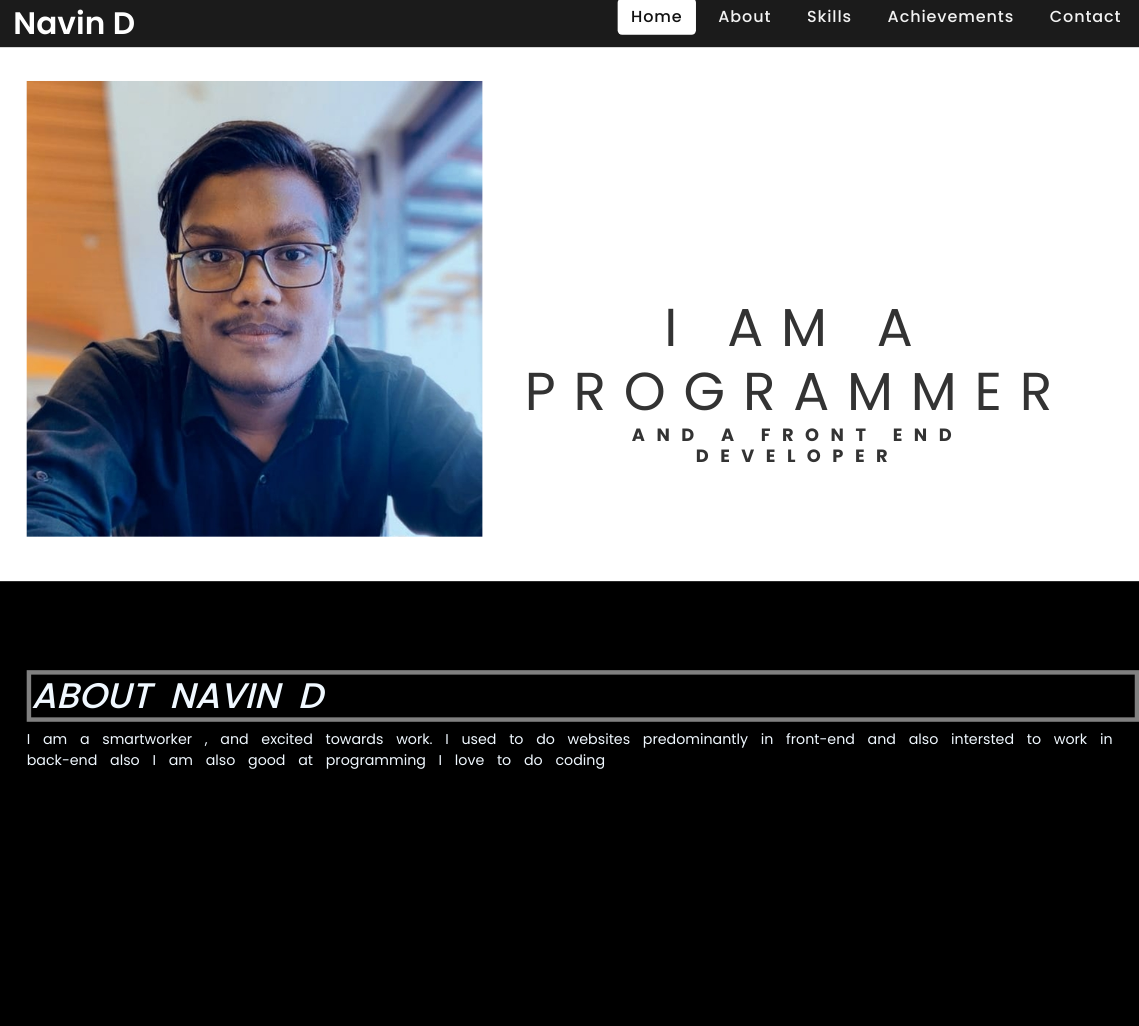
Repository: NavinDayanithi/OIBSIP
Page: Portfolio/index.html
An editor plug-in stored every save of this project. The page is shown before and after the next save, followed by the edit.
The browser window is 1280 px wide. The pictures show the whole page, at 89% of full size.

Above is the page before, as saved 2023-02-20 19:08:48.
Console error: TypeError: Cannot read properties of undefined (reading 'fn')

### Portfolio/index.html
<!DOCTYPE html>
<!-- Created By CodingNepal -->
<html lang="en" dir="ltr">
   <head>

      <meta charset="utf-8">
      <title>Navin's Portfolio</title>
      <script src="https://cdnjs.cloudflare.com/ajax/libs/OwlCarousel2/2.3.4/owl.carousel.min.js"></script>
      <script type="text/javascript" src="script.js"></script>
      <link rel="stylesheet" href="style.css">
      <link rel="stylesheet" href="https://cdnjs.cloudflare.com/ajax/libs/font-awesome/5.15.3/css/all.min.css"/>
      <meta name="viewport" content="width=device-width, initial-scale=1.0">
      <link href="https://cdn.jsdelivr.net/npm/bootstrap@5.3.0-alpha1/dist/css/bootstrap.min.css" rel="stylesheet" integrity="sha384-GLhlTQ8iRABdZLl6O3oVMWSktQOp6b7In1Zl3/Jr59b6EGGoI1aFkw7cmDA6j6gD" crossorigin="anonymous">
   </head>
   <body>
      <nav>
         <div class="logo">
            Navin D
         </div>
         <input type="checkbox" id="click">
         <label for="click" class="menu-btn">
         <i class="fas fa-bars"></i>
         </label>
         <ul>
            <li><a class="active" href="#">Home</a></li>
            <li><a href="#about">About</a></li>
            <li><a href="#skills">Skills</a></li>
            <li><a href="#">Achievements</a></li>
            <li><a href="#">Contact</a></li>
         </ul>
      </nav>
      <div >
        <img src="navinppimg.jpeg"  class="img1" alt="navinimg">
      </div>
      <div class="text-box">
        <h1 class="heading-primary">
         <span class="heading-primary-main">I am a Programmer</span>
          <span class="heading-primary-sub">and a front end developer</span>
         </h1>
   </div>
   <section class="about" id="about">
      <!-- <img class="about-img" src="https://embetronicx.com/wp-content/uploads/2017/08/background.jpg"  class="img1" alt="navinimg"> -->
      <div class="about-text">
         <h1> <i>ABOUT NAVIN D</i></h1>
         <p>  I am a smartworker , and excited towards work.
             I used to do websites predominantly in front-end
             and also intersted to work in back-end also
             I am also good at programming
             I love to do coding<br/>
      </p>
      </div>

    </body>
</section>
       </body>
</html>

### Portfolio/style.css
@import url('https://fonts.googleapis.com/css?family=Poppins:400,500,600,700&display=swap');
*{
  margin: 0;
  padding: 0;
  box-sizing: border-box;
  font-family: 'Poppins', sans-serif;
}
nav{
  display: flex;
  height: 100%;
  width: 100%;
  background: #1b1b1b;
  align-items: center;
  justify-content: space-between;
  /* padding: 0 50px 0 50px; */
  /* flex-wrap: wrap; */
}
nav .logo{
  color: #fff;
  font-size: 35px;
  font-weight: 600;
  margin-left: 15px;
}
nav ul{
  display: flex;
  flex-wrap: wrap;
  list-style: none;
}
nav ul li{
  margin: 0 5px;
}
nav ul li a{
  color: #f2f2f2;
  text-decoration: none;
  font-size: 18px;
  font-weight: 500;
  padding: 8px 15px;
  border-radius: 5px;
  letter-spacing: 1px;
  transition: all 0.3s ease;
}
nav ul li a.active,
nav ul li a:hover{
  color: #111;
  background: #fff;
}
nav .menu-btn i{
  color: #fff;
  font-size: 22px;
  cursor: pointer;
  display: none;
}
input[type="checkbox"]{
  display: none;
}
@media (max-width: 1000px){
  nav{
    padding: 0 40px 0 50px;
  }
}
@media (max-width: 920px) {
  nav .menu-btn i{
    display: block;
  }
  #click:checked ~ .menu-btn i:before{
    content: "\f00d";
  }
  nav ul{
    position: fixed;
    top: 80px;
    left: -100%;
    background: #111;
    height: 100vh;
    width: 100%;
    text-align: center;
    display: block;
    transition: all 0.3s ease;
  }
  #click:checked ~ ul{
    left: 0;
  }
  nav ul li{
    width: 100%;
    margin: 40px 0;
  }
  nav ul li a{
    width: 100%;
    margin-left: -100%;
    display: block;
    font-size: 20px;
    transition: 0.6s cubic-bezier(0.68, -0.55, 0.265, 1.55);
  }
  #click:checked ~ ul li a{
    margin-left: 0px;
  }
  nav ul li a.active,
  nav ul li a:hover{
    background: none;
    color: cyan;
  }
}
.content{
  position: absolute;
  top: 50%;
  left: 50%;
  transform: translate(-50%, -50%);
  text-align: center;
  z-index: -1;
  width: 100%;
  padding: 0 30px;
  color: #1b1b1b;
}
.content div{
  font-size: 40px;
  font-weight: 700;
}

.text-box {
    position: absolute;
    top: 60%;
    left: 70%;
    transform: translate(-50%, -50%);
    text-align:center;
  }

  .heading-primary {
      color:#333;
      text-transform: uppercase;
  }

  .heading-primary-main {
      display: block;
      font-size: 60px;
      font-weight: 400;
      letter-spacing: 20px;
     /*  Animation decalaration   */
      animation-name: moveInleft;
      animation-duration: 3s;
  }

  .heading-primary-sub {
      display: block;
      font-size: 20px;
      font-weight: 700;
      letter-spacing: 12.9px;

      animation-name: moveInRight;
      animation-duration: 3s;
  }

  @keyframes moveInleft {
      0% {
          opacity: 0;
          transform: translateX(-100px);
      }

      80% {
          transform: translateX(10px);
      }
      100% {
          opacity: 1;
          transform: translate(0);
      }
  }

  @keyframes moveInRight {
      0% {
          opacity: 0;
          transform: translateX(100px);
      }

      80% {
          transform: translateX(-10px);
      }

      100% {
          opacity: 1;
          transform: translate(0);
      }

  }
  .img1{
    margin-left: 30px;
     margin-top: 3%;
    display: block;
    height:40%;
    width:40%;


  }
  .a{
    float: left;
    /* display: inline; */
    width: 50%;


  }
  .b{
    /* display: inline; */
    float:right;
    width: 50%;
    margin-left: 50px;


  }
   .about{
    background-color: black;
    height: 500px;
    width: 100%;
    color: aliceblue;
    margin-top: 50px;

  }

 .about-text {
  padding-top: 100px;
   padding-left: 30px;
   word-spacing: 10px;
}
.about-text h1{
  /* padding-left:90px; */
  border:5px solid gray;
  /* width: 300px; */
}

Loaded but not shown: Portfolio/script.js (common file)

After the next save:
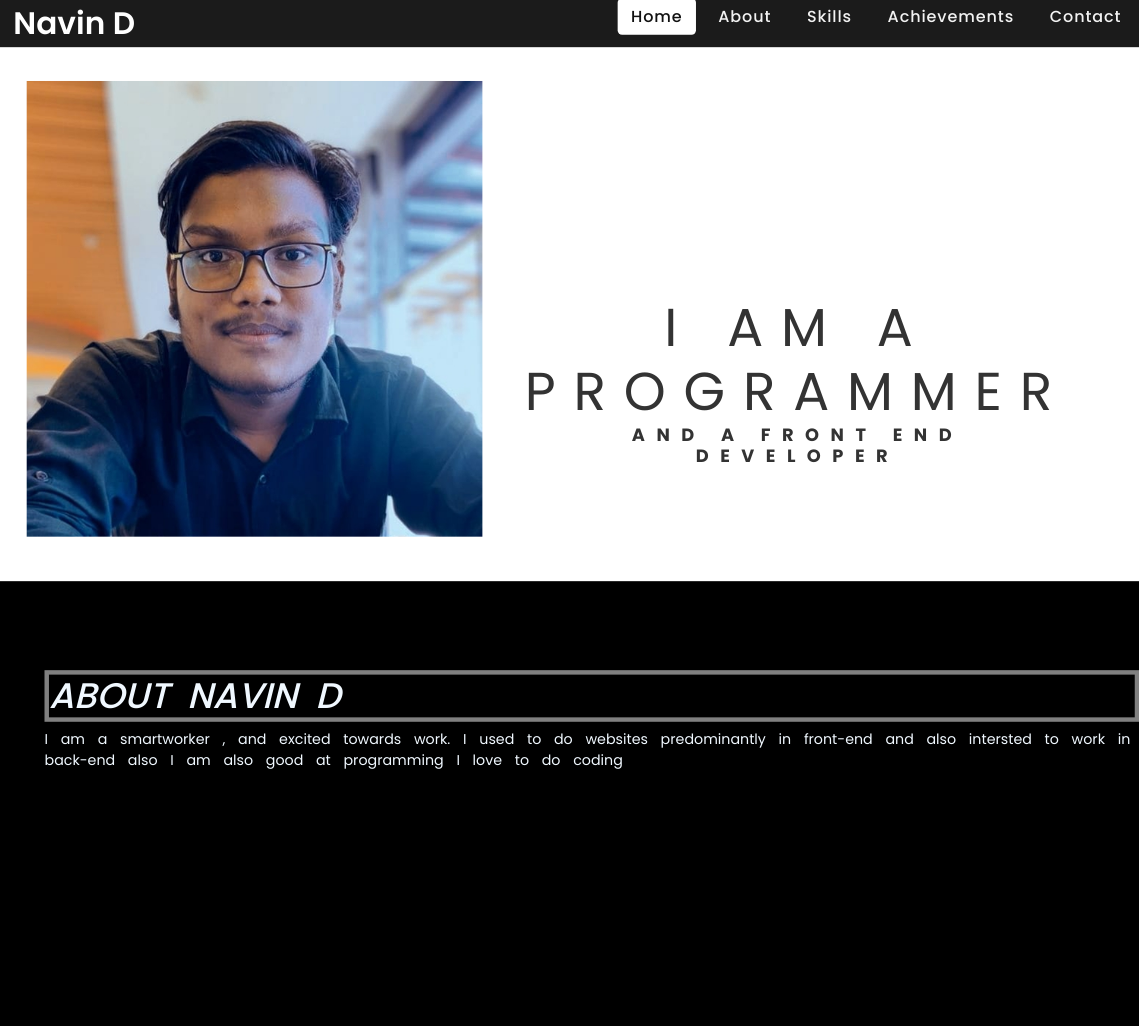
Saved 7 s later.
--- a/Portfolio/style.css
+++ b/Portfolio/style.css
@@ -214,7 +214,7 @@
 
  .about-text {
   padding-top: 100px;
-   padding-left: 30px;
+   padding-left: 50px;
    word-spacing: 10px;
 }
 .about-text h1{
